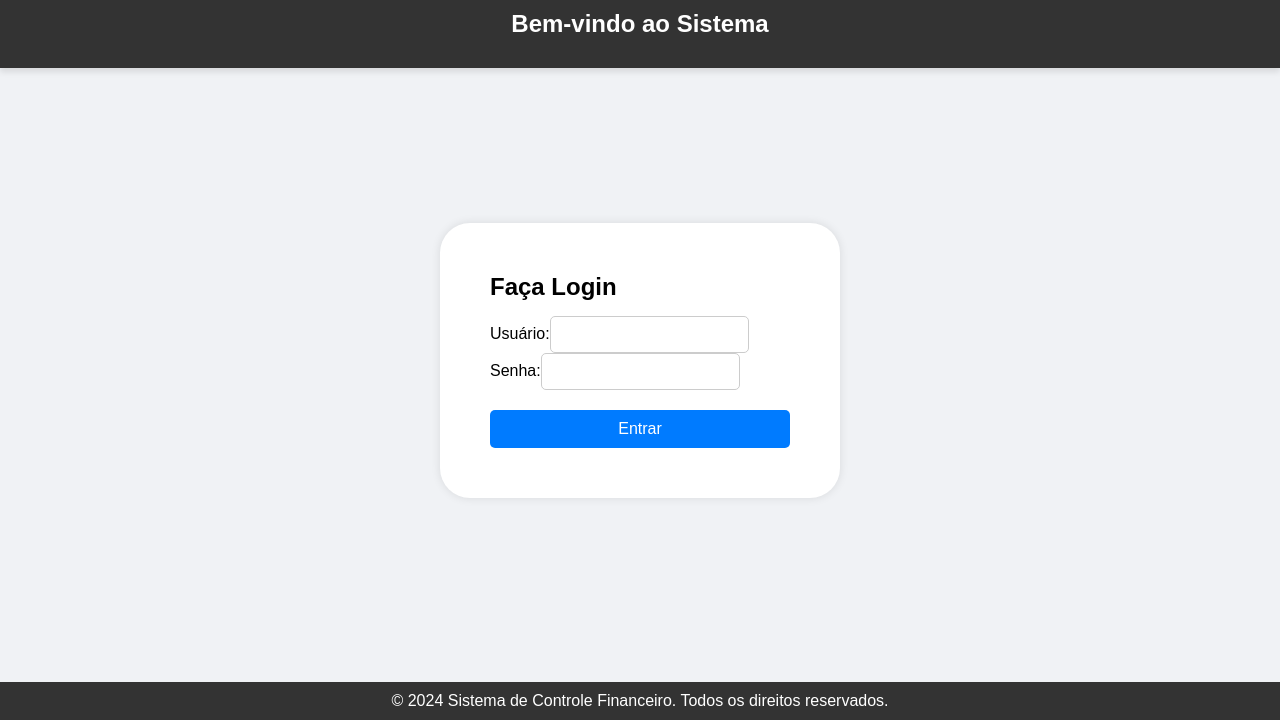
Repository: LucasMontalvao1/ProjetoMaxima
Page: / (app in AngularMaxima/)
The author's editor kept a copy of each file at every save. The page is drawn from the files as they stood at one save, then again after the next save.
The browser window is 1280 px wide. The pictures show the whole page.
The project was rebuilt for these pictures with package versions that can differ from the ones it lists, and the page was loaded fresh each time. Also part of the build but not shown: AngularMaxima/angular.json, AngularMaxima/src/app/pages/home/home.component.ts.

Above is the page before, as saved 2024-07-14 18:12:30.

After the next save:
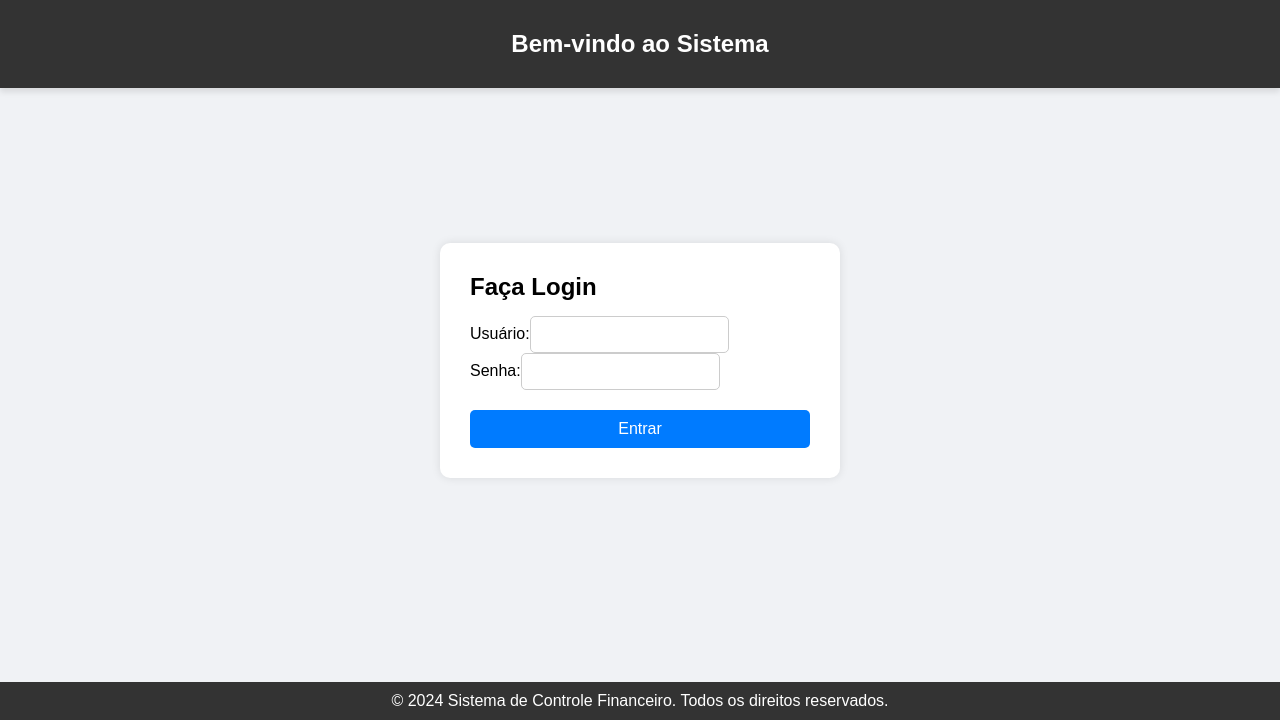
Saved 20 s later.
--- a/AngularMaxima/src/app/pages/login/login.component.css
+++ b/AngularMaxima/src/app/pages/login/login.component.css
@@ -14,13 +14,14 @@ body {
   flex-direction: column;
   justify-content: space-between;
   min-height: 100vh;
-
 }
 
 .titulo {
-  margin: auto;
-  margin-bottom: 20px;
+  text-align: center;
+  margin: 20px 0;
+  color: #fff;
 }
+
 .header, .footer {
   background-color: #333;
   color: white;
@@ -43,8 +44,8 @@ body {
 
 .login-form {
   background-color: white;
-  padding: 50px;
-  border-radius: 30px;
+  padding: 30px;
+  border-radius: 10px;
   box-shadow: 0 0 10px rgba(0, 0, 0, 0.1);
   display: flex;
   flex-direction: column;
@@ -60,7 +61,6 @@ body {
 
 .form-login label {
   margin-bottom: 8px;
-  margin-top: 8px;
 }
 
 .form-login input {
